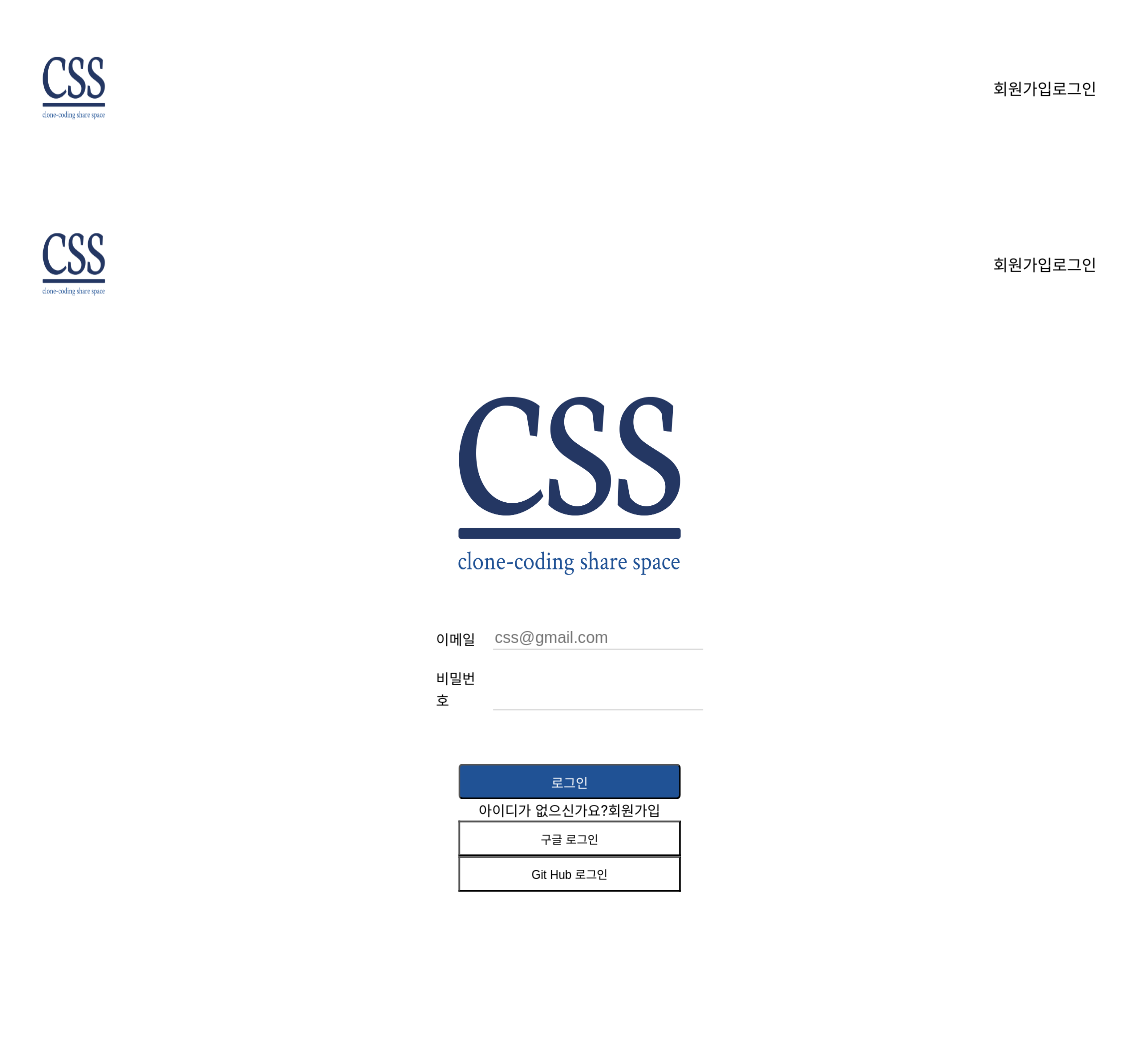
Repository: YS739/React-project-CSS
Page: /login
These files come from the project's save history. The page is drawn as it stood at one moment and after the next save; the edit follows.
The browser window is 1280 px wide. The pictures show the whole page, at 89% of full size.
The project was rebuilt for these pictures with package versions that can differ from the ones it lists, and the page was loaded fresh each time. Also part of the build but not shown: src/components/DetailPage/AddComment/style.js, src/components/DetailPage/AddComment/AddComment.jsx, src/common/firebase.ts, src/components/DetailPage/CommentList/style.js, src/components/DetailPage/Comment/style.js, src/components/DetailPage/Comment/Comment.jsx, src/components/DetailPage/CommentList/CommentList.tsx, src/components/DetailPage/DetailVideo/style.js and 17 more.

Above is the page before, as saved 2023-01-21 13:12:46.

After the next save:
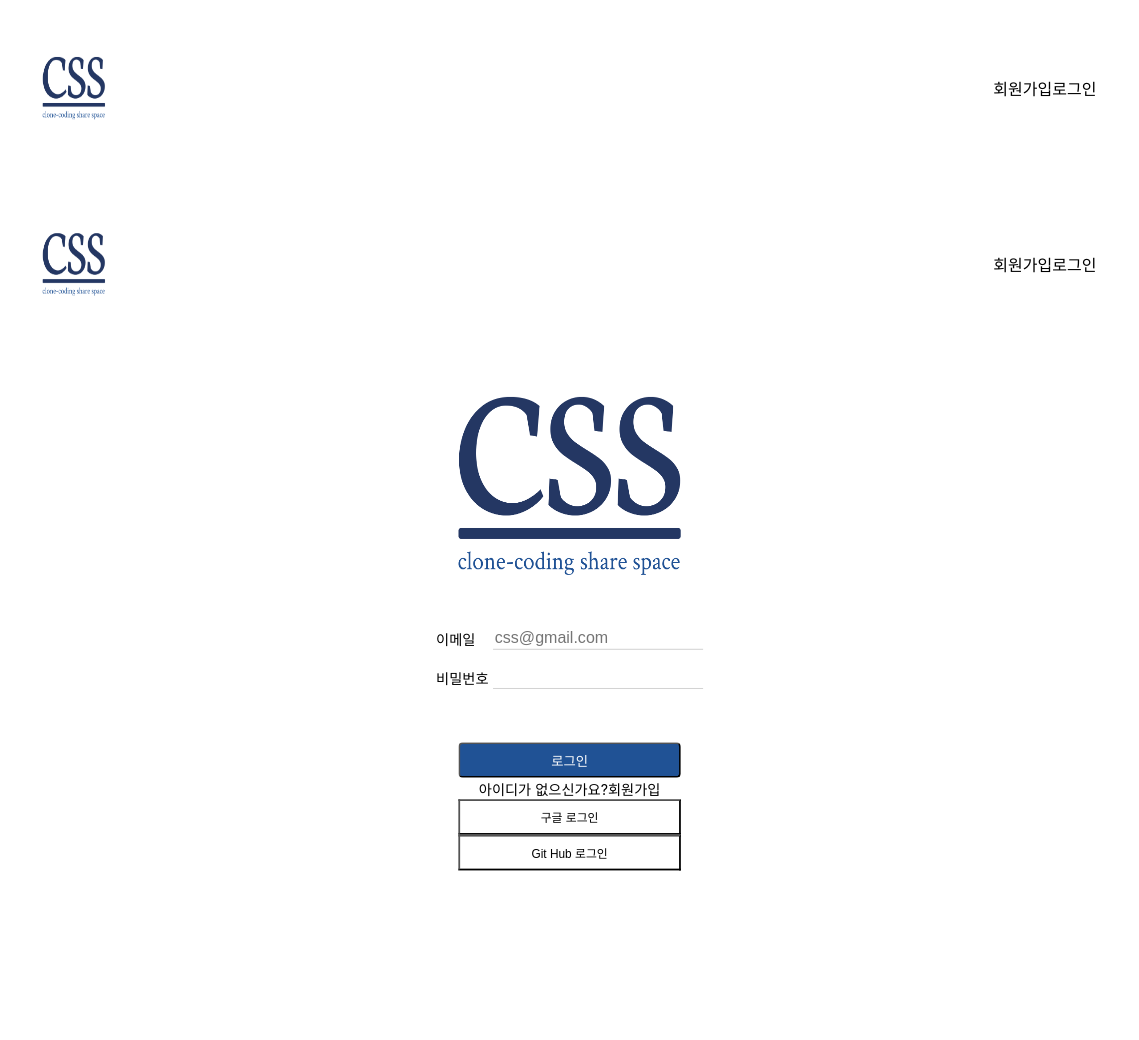
Saved 14 s later.
--- a/src/pages/LoginPage/style.js
+++ b/src/pages/LoginPage/style.js
@@ -39,7 +39,7 @@
   color: #555;
   box-sizing: border-box;
   font-size: 18px;
-  margin-left: 10px;
+  /* margin-left: 10px; */
 `;
 
 export const SignUp = styled.div`
